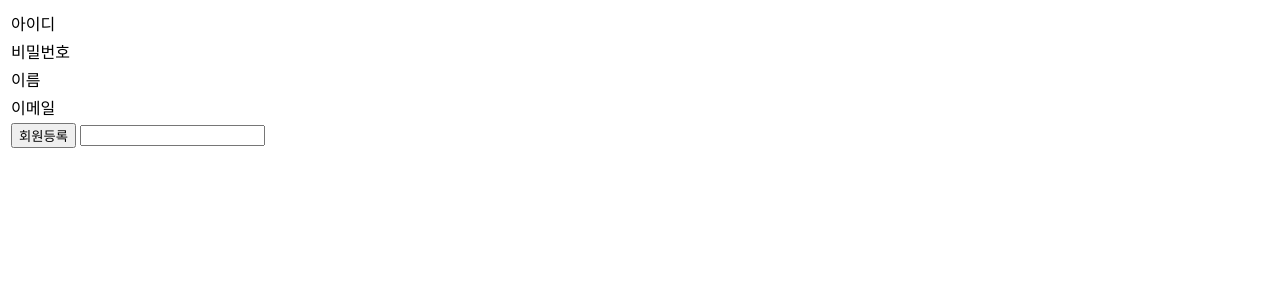
Repository: JungYOsup/Mini_project
Page: http://localhost/EsCape_Room/sign_up_form.jsp
The author's editor kept a copy of each file at every save. The page is drawn from the files as they stood at one save, then again after the next save.
The browser window is 1280 px wide. The pictures show the whole page.
The page is served by Tomcat 9. Other server files are loaded and not shown.

Above is the page before, as saved 2018-01-15 07:33:40.

### EsCape_Room/WebContent/sign_up_form.jsp
<!--- 페이지 디렉티브<%--  <%@page %> --%> : JSP페이지에 대한 설정 정보를 지정 -->
<!--인코딩은 UTF-8이고 , html이다.  -->
<!--이렇게 3가지를 구성해줘야지 한글이 안깨짐  -->
<%@ page language="java" contentType="text/html; charset=UTF-8" %>
<%request.setCharacterEncoding("utf-8"); %>
<%response.setContentType("text/html; charset=UTF-8"); %>

<!-- <!DOCTYPE html PUBLIC "-//W3C//DTD HTML 4.01 Transitional//EN" "http://www.w3.org/TR/html4/loose.dtd"> HTML4버전     -->
<!DOCTYPE html> <!--HTML5로 버전을 지정해줌 -->

<html>
<head>
<meta http-equiv="Content-Type" content="text/html; charset=UTF-8">
<title>Insert title here</title>
</head>
<body>

<table>
	<tr>

	<td>아이디</td>

	</tr>
	<tr>

	<td>비밀번호</td>

	</tr>
	<tr>

	<td>이름</td>

	</tr>
	<tr>

	<td>이메일</td>

	</tr>
	<tr>
		<td><input type="submit" value="회원등록"/></td>
		<td><input type=""> </td>

	</tr>

</table>

</body>
</html>

After the next save:
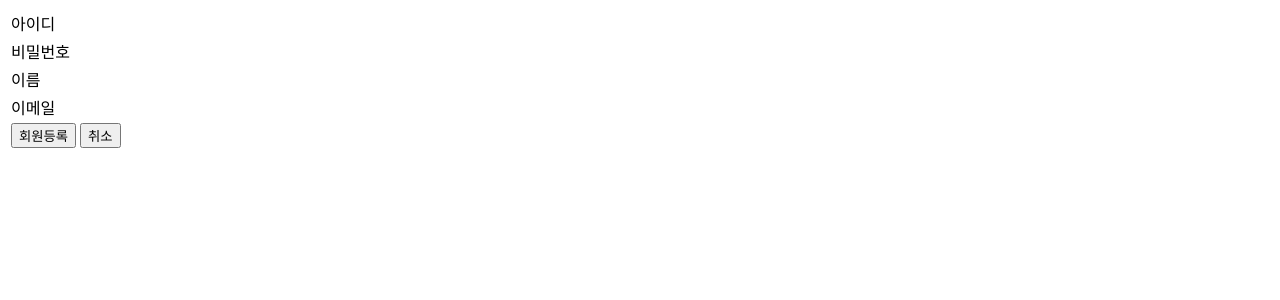
Saved 44 s later.
--- a/EsCape_Room/WebContent/sign_up_form.jsp
+++ b/EsCape_Room/WebContent/sign_up_form.jsp
@@ -38,7 +38,7 @@
 	</tr>
 	<tr>
 		<td><input type="submit" value="회원등록"/></td>
-		<td><input type=""> </td>
+		<td><input type="button" value="취소"> </td>
 
 	</tr>
 
